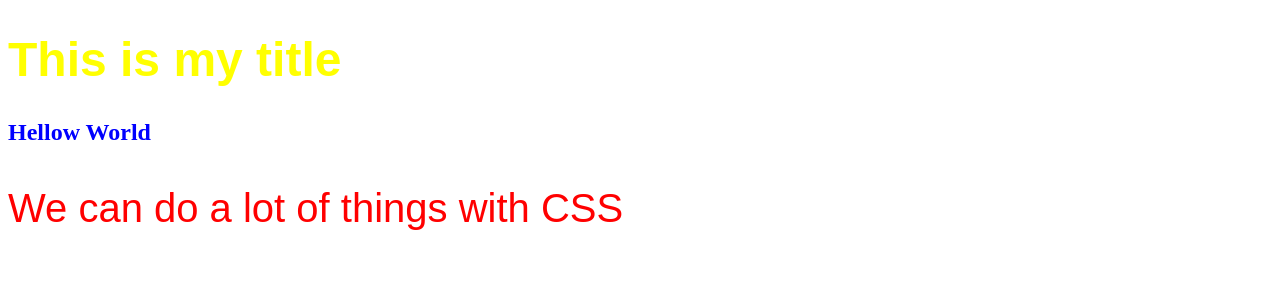
Repository: yjaneyy/ps-class-demo
Page: index.html
The author's editor kept a record of every edit. The page is drawn from the files as they stood at one moment, then again after the next edit.
The browser window is 1280 px wide. The pictures show the whole page.

Above is the page before.

After the next edit:
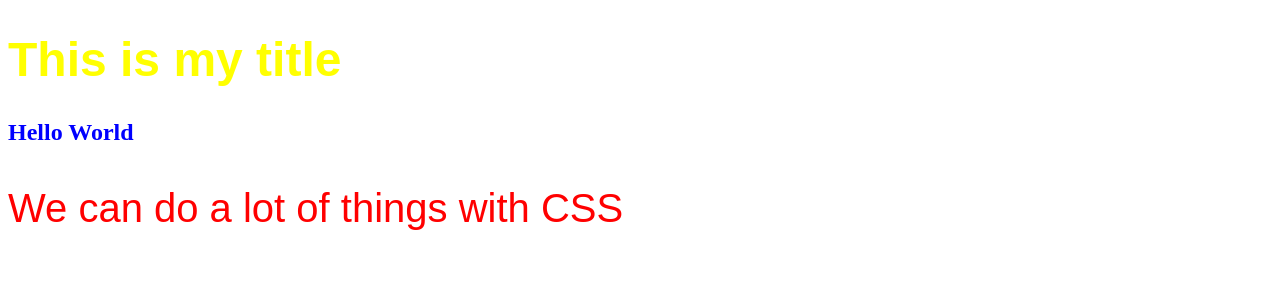
The edit:
--- a/index.html
+++ b/index.html
@@ -18,7 +18,7 @@
     <body>
         <!--inline comment-->
         <h1 class="font-selector" style="color:yellow; font-size:48px">This is my title</h1>
-        <h2>Hellow World</h2>
+        <h2 class="hello-world-selector">Hello World</h2>
         <p class="font-selector" id="paragraph">
             We can do a lot of things with CSS
         </p>
